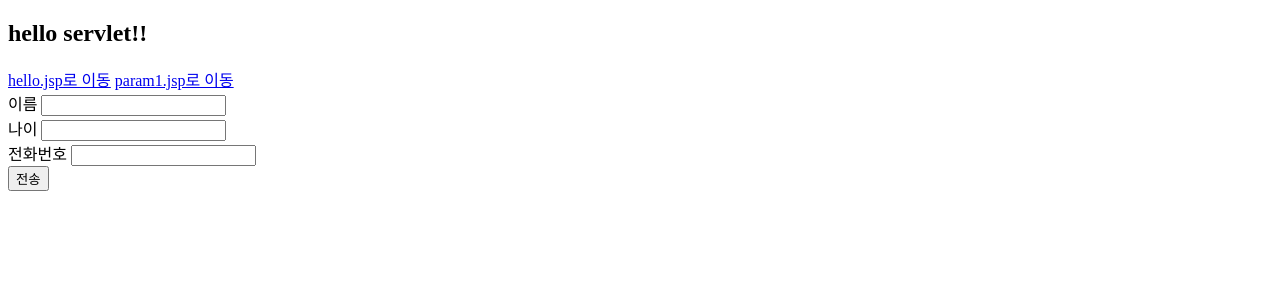
Repository: guguping/finalTestStudy
Page: http://localhost/project_20230727/
An editor plug-in stored every save of this project. The page is shown before and after the next save, followed by the edit.
The browser window is 1280 px wide. The pictures show the whole page.
The page is served by Tomcat 9.

Above is the page before, as saved 2023-07-27 05:15:17.

After the next save:
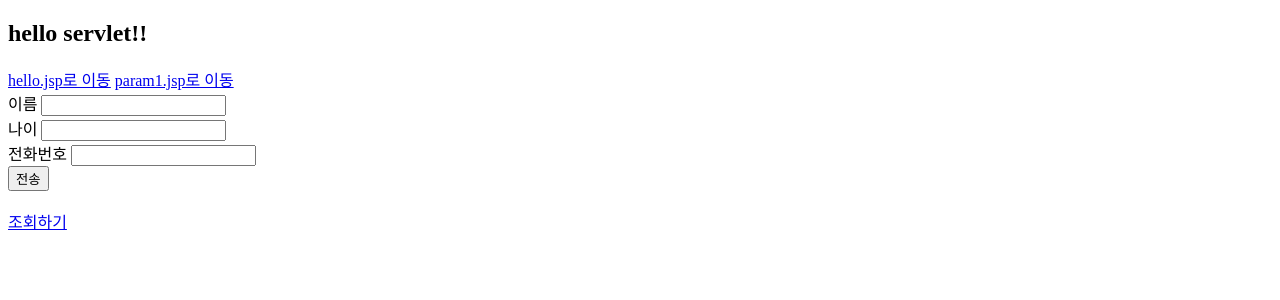
Saved 10 min 2 s later.
--- a/project_20230727/src/main/webapp/index.jsp
+++ b/project_20230727/src/main/webapp/index.jsp
@@ -23,5 +23,8 @@
 	<input type="text" id="mobile" name="mobile"><br>
 	<button type="submit">전송</button>
 	</form>
+	<br>
+
+	<a href="select.jsp">조회하기</a>
 </body>
 </html>
